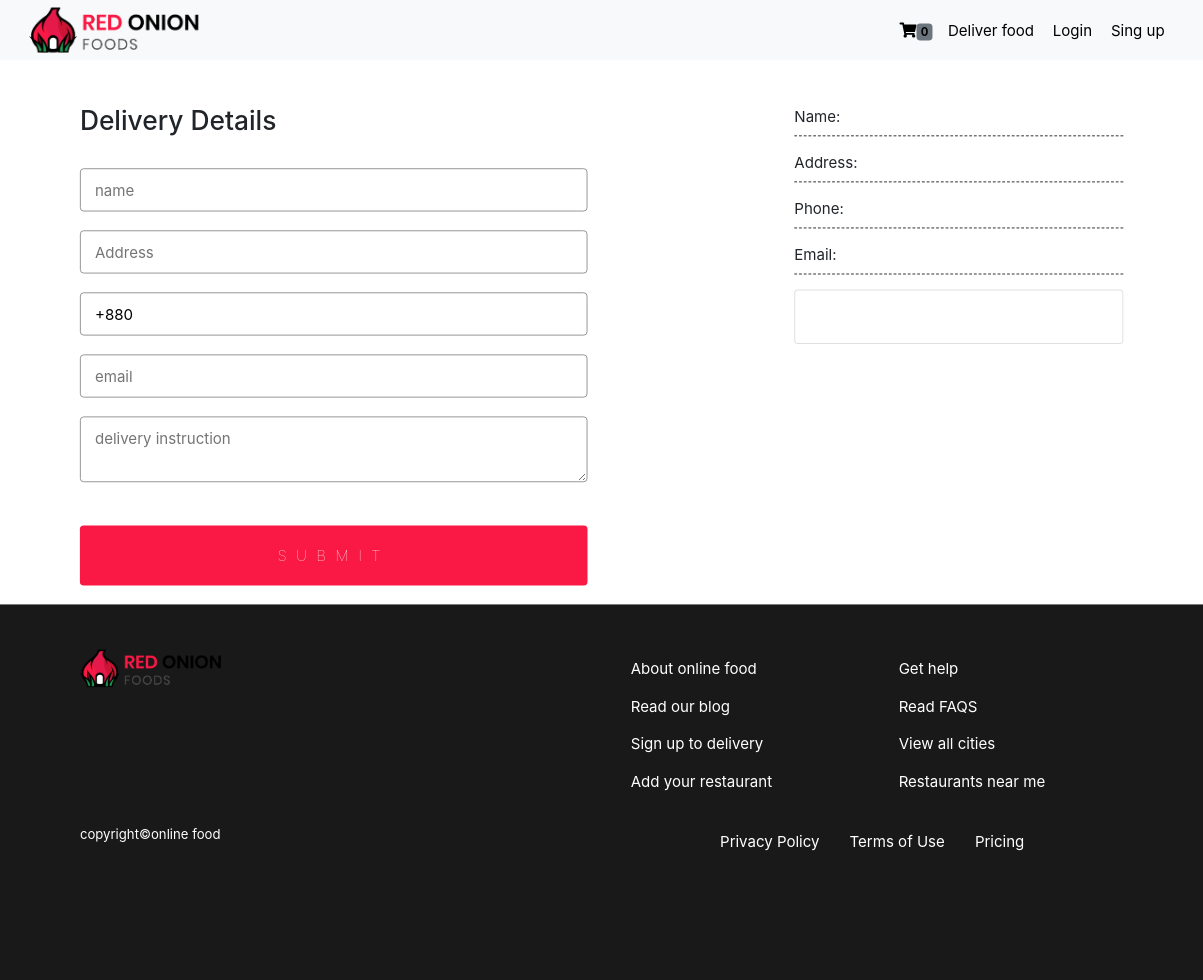
Repository: arif286/red-onion-client
Page: /cart
The author's editor kept a copy of each file at every save. The page is drawn from the files as they stood at one save, then again after the next save.
The browser window is 1280 px wide. The pictures show the whole page, at 94% of full size.
The project was rebuilt for these pictures with package versions that can differ from the ones it lists, and the page was loaded fresh each time. Some packages were replaced by stand-ins written for this rebuild. Also part of the build but not shown: src/App.css, src/components/SearchBar/SearchBar.css, src/components/SearchBar/SearchBar.js, src/components/FoodDetails/FoodDetail.css, src/components/FoodDetails/FoodDetail.js, src/components/DeliveryFood/DeliveryFood.js, src/components/Food/Food.css, src/components/Food/FoodItem.js and 9 more.

Above is the page before, as saved 2021-03-30 17:28:04.

After the next save:
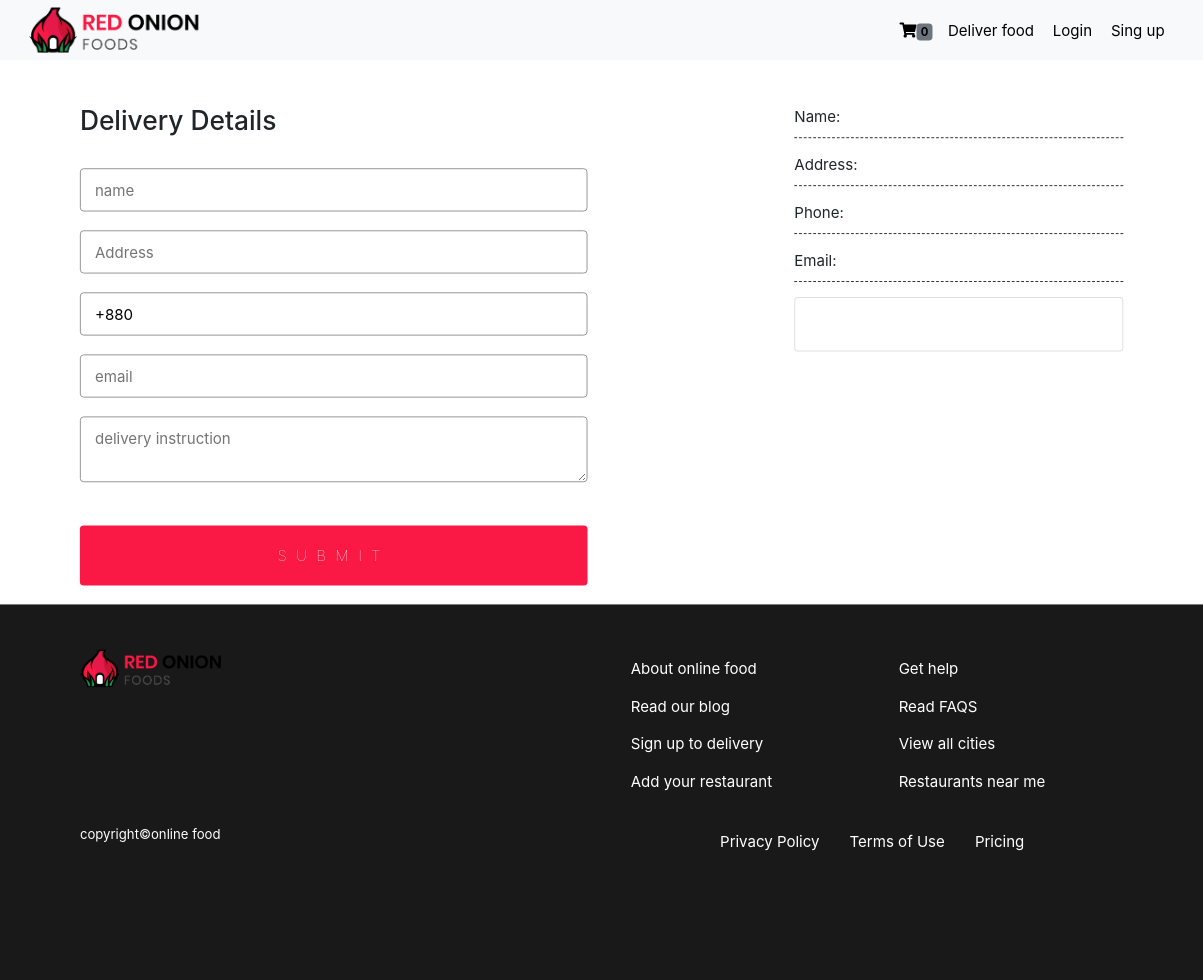
Saved 1 s later.
--- a/src/components/Cart/Cart.css
+++ b/src/components/Cart/Cart.css
@@ -51,5 +51,5 @@ button[type="submit"]:hover,
 }
 .delivery-info p {
   border-bottom: 1px dashed;
-  padding-bottom: 8px;
+  padding-bottom: 10px;
 }
